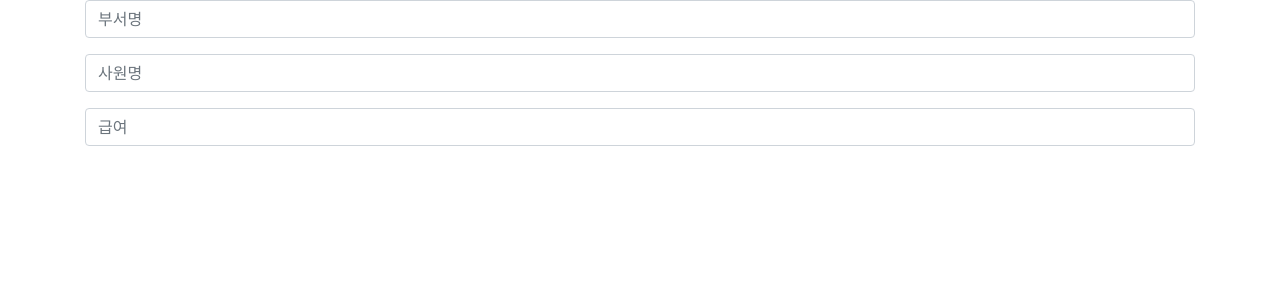
Repository: mijeon/jsp_workspace
Page: http://localhost/MVCApp3/emp/regist.jsp
These files come from the project's save history. The page is drawn as it stood at one moment and after the next save; the edit follows.
The browser window is 1280 px wide. The pictures show the whole page.
The page is served by Tomcat 9. Other server files are loaded and not shown.

Above is the page before, as saved 2023-02-07 01:09:23.

### MVCApp3/src/main/webapp/emp/regist.jsp
<%@ page contentType="text/html;charset=UTF-8"%>
<!DOCTYPE html>
<html>
<head>
<meta charset="UTF-8">
<title>Insert title here</title>
<!-- Latest compiled and minified CSS -->
<link rel="stylesheet" href="https://cdn.jsdelivr.net/npm/bootstrap@4.6.2/dist/css/bootstrap.min.css">
<!-- jQuery library -->
<script src="https://ajax.googleapis.com/ajax/libs/jquery/3.6.1/jquery.min.js"></script>
<!-- Popper JS -->
<script src="https://cdn.jsdelivr.net/npm/popper.js@1.16.1/dist/umd/popper.min.js"></script>
<!-- Latest compiled JavaScript -->
<script src="https://cdn.jsdelivr.net/npm/bootstrap@4.6.2/dist/js/bootstrap.bundle.min.js"></script>
</head>
<body>
	<div class="container">
		<div class="row">
			<div class="col">
				<div class="form-group">
					<input type="text" class="form-control" name="dname" placeholder="부서명">
				</div>
				<div class="form-group">
					<input type="text" class="form-control" name="ename" placeholder="사원명">
				</div>
				<div class="form-group">
					<input type="text" class="form-control" name="sal" placeholder="급여">
				</div>
			</div>
		</div>
	</div>
</body>
</html>

After the next save:
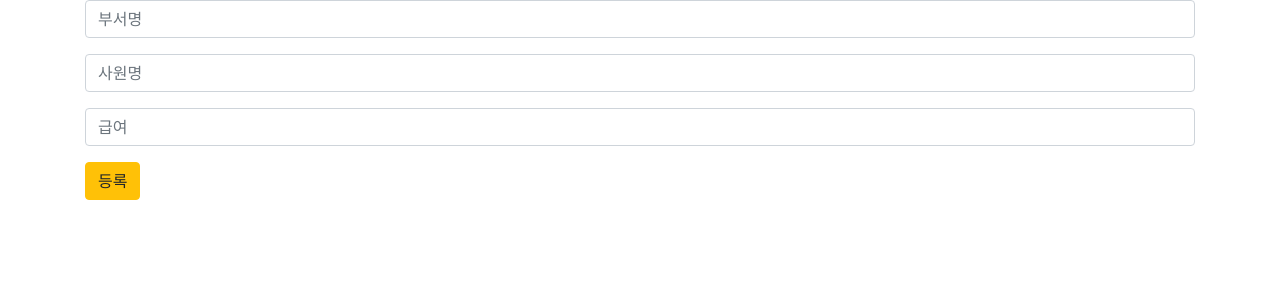
Saved 21 s later.
--- a/MVCApp3/src/main/webapp/emp/regist.jsp
+++ b/MVCApp3/src/main/webapp/emp/regist.jsp
@@ -26,6 +26,9 @@
 				<div class="form-group">
 					<input type="text" class="form-control" name="sal" placeholder="급여">
 				</div>
+				<div class="form-group">
+					<button type="button" class="btn btn-warning">등록</button>
+				</div>
 			</div>
 		</div>
 	</div>
